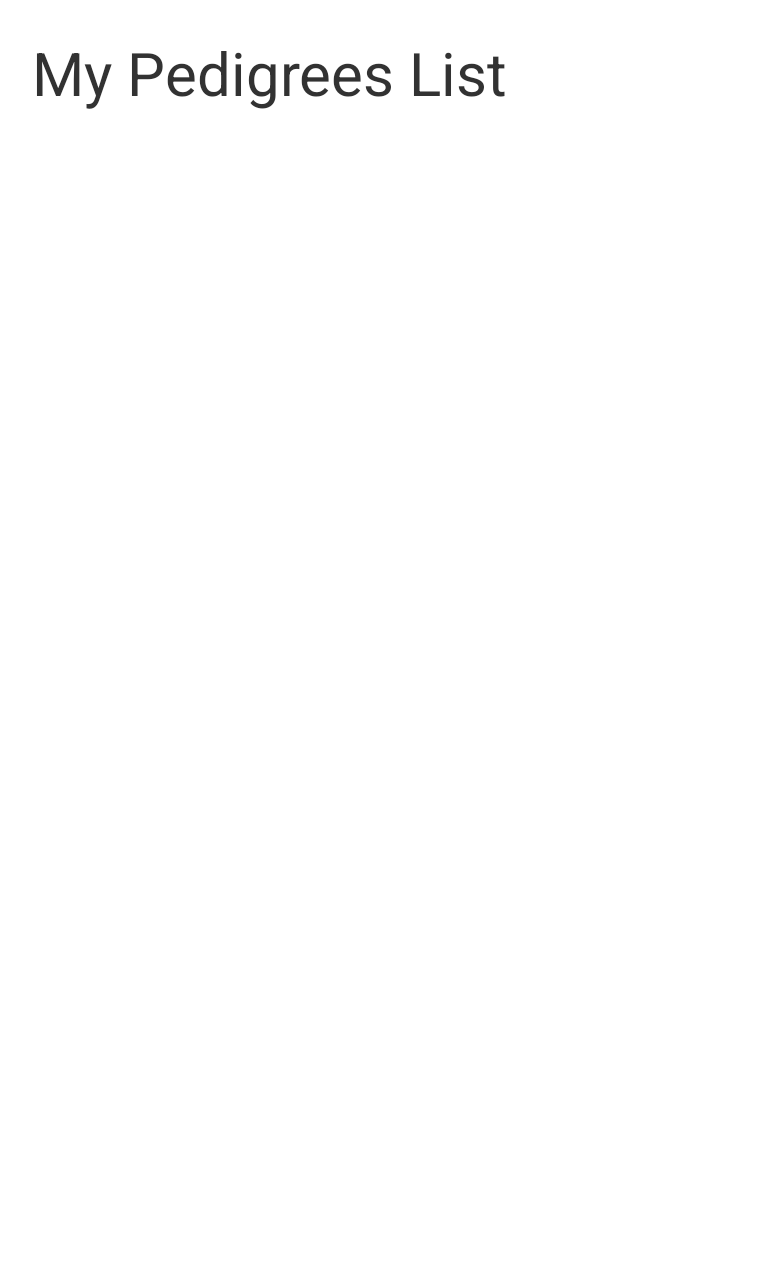
Repository: ivanbuhov/FamilyAndroidClient
Layout: Family/res/layout/activity_my_pedigrees.xml
An editor plug-in stored every save of this project. The layout is shown before and after the next save, followed by the edit.
It is drawn on a 768 x 1280 px phone screen (xhdpi) without system bars, with theme AppTheme; the app's code is not run. Lists and similar views that code fills are empty. The app's manifest (not shown) leaves right-to-left support off. So textAlignment, textDirection and layoutDirection are ignored, and left and right values win over start and end ones.

Above is the layout before, as saved 2013-11-19 12:15:17.

After the next save:
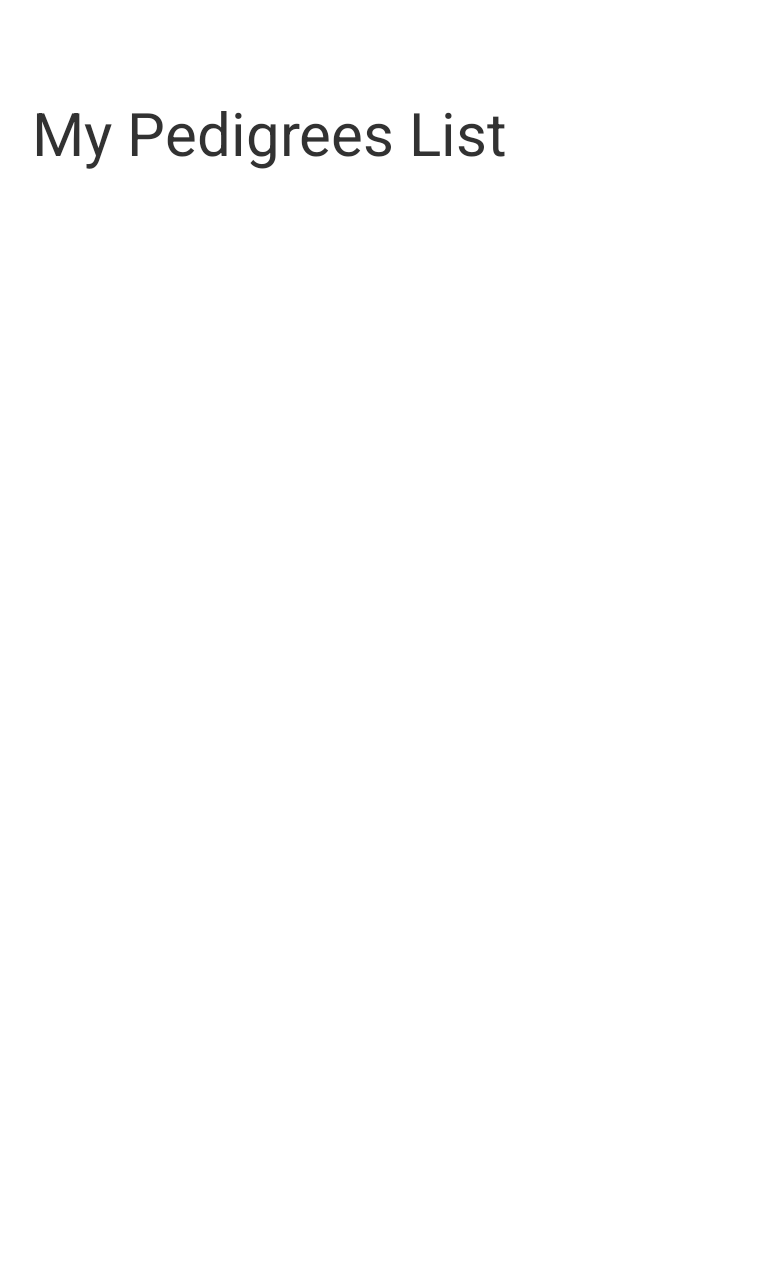
Saved 83 s later.
--- a/Family/res/layout/activity_my_pedigrees.xml
+++ b/Family/res/layout/activity_my_pedigrees.xml
@@ -21,10 +21,11 @@
             android:visibility="gone" />
 
     <TextView
-        android:layout_width="wrap_content"
+        android:layout_width="match_parent"
 		android:layout_height="wrap_content"
 		android:textSize="30sp"
 		android:textAlignment="center"
+		android:layout_marginTop="30dp"
 		android:text="@string/my_pedigrees_list_title" />
 
     <!-- Content -->
